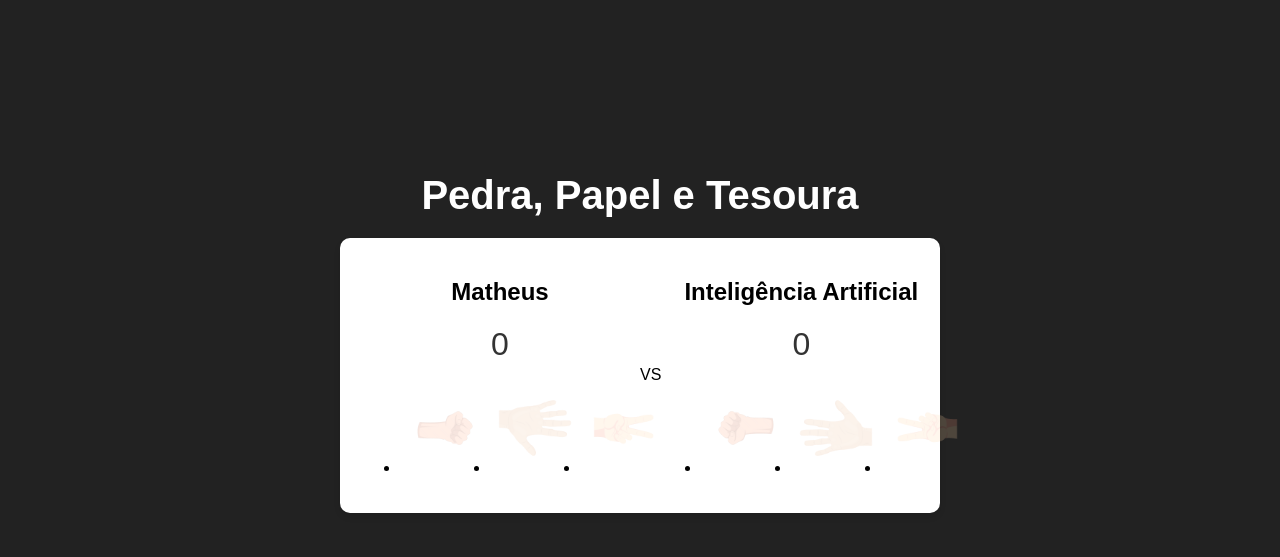
Repository: Matheus904-12/Pedra-Papel
Page: index.html
These files come from the project's save history. The page is drawn as it stood at one moment and after the next save; the edit follows.
The browser window is 1280 px wide. The pictures show the whole page.

Above is the page before, as saved 2023-08-28 21:45:04.

### index.html
<!DOCTYPE html>
<html lang="en">
<head>
    <meta charset="UTF-8">
    <meta name="viewport" content="width=device-width, initial-scale=1.0">
    <title>Pedra, Papel e Tesoura</title>
    <link rel="stylesheet" href="style.css">
    <script src="script.js"></script>
</head>
<body>
    <div class="box">
        <div class="container">
            <h1 id="titulo">Pedra, Papel e Tesoura</h1>
            <div class="placar" id="placar">
                <div class="jogador">
                    <h2 id="jogadorNome">Matheus</h2>
                    <p id="jogadorPontos">0</p>
                    <ul class="escolhas" id="jogadorEscolha">
                        <li>
                            <a id="jogadorEscolha1" class="escolha" onclick="jogar(1)">
                                <img src="img/1-removebg-preview.png" alt="">
                            </a>
                        </li>
                        <li>
                            <a id="jogadorEscolha2" class="escolha" onclick="jogar(2)">
                                <img src="img/2-removebg-preview.png" alt="">
                            </a>
                        </li>
                        <li>
                            <a id="jogadorEscolha3" class="escolha" onclick="jogar(3)">
                                <img src="img/3-removebg-preview.png" alt="">
                            </a>
                        </li>
                    </ul>
                </div>
                <div id="versus">VS</div>
                <div class="computador">
                    <h2 id="computadorNome">Inteligência Artificial</h2>
                    <p id="computadorPontos">0</p>
                    <ul class="escolhas" id="computadorEscolha">
                        <li>
                            <a id="computadorEscolha1" class="escolha">
                                <img src="img2/1.png" alt="">
                            </a>
                        </li>
                        <li>
                            <a id="computadorEscolha2" class="escolha">
                                <img src="img2/2.png" alt="">
                            </a>
                        </li>
                        <li>
                            <a id="computadorEscolha3" class="escolha">
                                <img src="img2/3.png" alt="">
                            </a>
                        </li>
                    </ul>
                </div>
            </div>
            <div class="mensagem"><p id="mensagem" class="result-message">&nbsp;</p>
    </div>
</body>
</html>

### style.css
ul#jogadorEscolha li a,
ul#computadorEscolha li a{
    opacity: 0.2;
    transition: ease-in-out 0.3s;
}
ul#jogadorEscolha li a:hover,
ul#jogadorEscolha li a.selecionado,
ul#computadorEscolha li a.selecionado {
    opacity: 1;
}

/* Estilos gerais */
body {
    font-family: 'Arial', sans-serif;
    background-color: #222;
    margin: 0;
    padding: 0;
    transition: background-color 0.5s ease;
}

/* Estilo do container principal */
.box {
    display: flex;
    align-items: center;
    justify-content: center;
    min-height: 100vh;
    transition: background-color 0.5s ease;
}

.container {
    width: 100%;
    max-width: 600px;
    text-align: center;
}

/* Estilo do título */
#titulo {
    font-size: 2.5rem;
    color: #fff;
    margin-bottom: 20px;
}

/* Estilo do placar */
.placar {
    display: flex;
    align-items: center;
    justify-content: space-between;
    padding: 20px;
    background-color: #fff;
    border-radius: 10px;
    box-shadow: 0 4px 6px rgba(0, 0, 0, 0.1);
}

.jogador,
.computador {
    width: 50%;
}

.jogador p,
.computador p {
    font-size: 2rem;
    color: #333;
    margin: 0;
}

.escolhas {
    display: flex;
    justify-content: space-around;
    margin-top: 20px;
}

.escolhas img {
    max-width: 90px;
    cursor: pointer;
    transition: transform 0.3s ease;
}

.escolhas img:hover {
    transform: scale(1.1);
}

/* Estilo do resultado/mensagem */
.result-message {
    font-size: 1.2rem;
    margin-top: 20px;
    color: #fff;
}

.result-message.vitoria {
    color: #4CAF50;
}

.result-message.derrota {
    color: #FF5733;
}

.result-message.empate {
    color: #FFC300;
}

/* Estilo do botão reiniciar */
.reiniciar-jogo {
    background-color: #3498db;
    border: none;
    color: white;
    padding: 10px 20px;
    text-align: center;
    text-decoration: none;
    display: inline-block;
    font-size: 16px;
    border-radius: 5px;
    cursor: pointer;
    transition: background-color 0.3s ease;
}

.reiniciar-jogo:hover {
    background-color: #2980b9;
}

/* Estilo do histórico */
.historico {
    text-align: center;
    margin-top: 20px;
}

.historico-toggle {
    background-color: #333;
    border: none;
    color: white;
    padding: 5px 10px;
    font-size: 14px;
    border-radius: 5px;
    cursor: pointer;
    transition: background-color 0.3s ease;
}

.historico-toggle:hover {
    background-color: #222;
}

.historico-list {
    list-style: none;
    padding: 0;
    display: none;
    text-align: left;
}

.historico-list li {
    font-size: 14px;
    margin-bottom: 5px;
    color: #fff;
}

### script.js
let jogadorEscolha = 0;
let jogadorPontos = 0;
let computadorEscolha = 0;
let computadorPontos = 0;
let ganhador = -1;
let historico = [];

function jogar(escolha){
    jogadorEscolha = escolha;
    computadorEscolha = Math.floor(Math.random() * 3) + 1;


/*PEDRA = 1
  PAPEL = 2
  TESOURA = 3
*/

if (jogadorEscolha == 1 && computadorEscolha == 1) {
    ganhador = 0;
    //*PEDRA = PEDRA*//
} else if (jogadorEscolha == 1 && computadorEscolha == 2) {
    ganhador = 2;
    //PEDRA E PAPEL = PAPEL//
} else if (jogadorEscolha == 1 && computadorEscolha == 3) {
    ganhador = 1;
    //PEDRA E TESOURA = PEDRA//
} else if (jogadorEscolha == 2 && computadorEscolha == 1) {
    ganhador = 1;
    //PAPEL E PEDRA = PEDRA
} else if (jogadorEscolha == 2 && computadorEscolha == 2) {
    ganhador =  0;
    //PAPEL E PAPEL = NADA
} else if (jogadorEscolha == 2 && computadorEscolha == 3) {
    ganhador = 2;
    //PAPEL E TESOURA = TESOURA
} else if (jogadorEscolha == 3 && computadorEscolha == 1) {
    ganhador = 2;
    //TESOURA E PEDRA = PEDRA
} else if (jogadorEscolha == 3 && computadorEscolha == 2) {
    ganhador = 1;
    //TESOURA E PAPEL = TESOURA
} else if (jogadorEscolha == 3 && computadorEscolha == 3) {
    ganhador = 0;
    //TESOURA E TESOURA = EMPATE
}


document.getElementById('jogadorEscolha1').classList.remove('selecionado');
document.getElementById('jogadorEscolha2').classList.remove('selecionado');
document.getElementById('jogadorEscolha3').classList.remove('selecionado');
document.getElementById('computadorEscolha1').classList.remove('selecionado');
document.getElementById('computadorEscolha2').classList.remove('selecionado');
document.getElementById('computadorEscolha3').classList.remove('selecionado');



document.getElementById('jogadorEscolha'+jogadorEscolha).classList.add('selecionado');
document.getElementById('computadorEscolha'+computadorEscolha).classList.add('selecionado');


/*
EMPATE = 0;
JOGADOR = 1;
COMPUTADOR = 2;
*/


// Atualizar placar
if (ganhador === 1) {
    jogadorPontos++;
} else if (ganhador === 2) {
    computadorPontos++;
}

document.getElementById('jogadorPontos').textContent = jogadorPontos;
document.getElementById('computadorPontos').textContent = computadorPontos;


// Mensagem do resultado
let mensagem = '';
if (ganhador === 1) {
    mensagem = 'Você venceu!';
} else if (ganhador === 2) {
    mensagem = 'Você perdeu!';
} else {
    mensagem = 'Empate!';
}

// Adicionar ao histórico
historico.push({
    jogador: jogadorEscolha,
    computador: computadorEscolha,
    resultado: ganhador
});

// Atualizar elementos na página
document.getElementById('jogadorPontos').textContent = jogadorPontos;
document.getElementById('computadorPontos').textContent = computadorPontos;
document.querySelector('.result-message').textContent = mensagem;
document.querySelector('.result-message').className = `result-message ${ganhadorClass}`;

// Exibir histórico
mostrarHistorico();

// Adicionar classe de estilo à mensagem
let mensagemElement = document.getElementById('mensagem');
mensagemElement.classList.remove('vitoria', 'derrota', 'empate');
if (ganhador === 1) {
    mensagemElement.classList.add('vitoria');
} else if (ganhador === 2) {
    mensagemElement.classList.add('derrota');
} else {
    mensagemElement.classList.add('empate');
}
}

function mostrarHistorico() {
let historicoList = document.getElementById('historico-list');
historicoList.innerHTML = '';

for (let i = 0; i < historico.length; i++) {
    let item = historico[i];
    let resultado = '';
    if (item.resultado === 1) {
        resultado = 'Vitória';
    } else if (item.resultado === 2) {
        resultado = 'Derrota';
    } else {
        resultado = 'Empate';
    }

    let listItem = document.createElement('li');
    listItem.textContent = `Jogador: ${item.jogador} | Computador: ${item.computador} | Resultado: ${resultado}`;
    historicoList.appendChild(listItem);
}


document.getElementById('historico-toggle').addEventListener('click', function() {
    const historicoList = document.querySelector('.historico-list');
    historicoList.style.display = historicoList.style.display === 'none' ? 'block' : 'none';
    this.textContent = historicoList.style.display === 'none' ? 'Ver Histórico' : 'Esconder Histórico';
});

// Mensagem do resultado
let mensagem = '';
if (ganhador === 1) {
    mensagem = 'Você venceu!';
} else if (ganhador === 2) {
    mensagem = 'Você perdeu!';
} else {
    mensagem = 'Empate!';
}

// Adicionar ao histórico
historico.push({
    jogador: jogadorEscolha,
    computador: computadorEscolha,
    resultado: ganhador
});


// Atualizar elementos na página
document.getElementById('jogadorPontos').textContent = jogadorPontos;
document.getElementById('computadorPontos').textContent = computadorPontos;
document.querySelector('.result-message').textContent = mensagem;
document.querySelector('.result-message').className = `result-message ${ganhadorClass}`;


 // Adicionar classe de estilo à mensagem
let mensagemElement = document.querySelector('.mensagem');
mensagemElement.classList.remove('vitoria', 'derrota', 'empate');
if (ganhador === 1) {
    mensagemElement.classList.add('vitoria');
} else if (ganhador === 2) {
    mensagemElement.classList.add('derrota');
} else {
    mensagemElement.classList.add('empate');
}

// Atualizar estilo da página com base no resultado
document.querySelector('.box').className = `box ${ganhadorClass}`;




// Atualizar cor de fundo com base no resultado
if (ganhador === 1) {
    document.body.style.backgroundColor = '#4CAF50'; // Verde
} else if (ganhador === 2) {
    document.body.style.backgroundColor = '#FF5733'; // Vermelho
} else {
    document.body.style.backgroundColor = '#FFC300'; // Amarelo
}


// Selecionar escolha do jogador
document.getElementById(`jogadorEscolha${jogadorEscolha}`).classList.add('selecionado');


// Atualizar escolhas do jogador
document.getElementById(`jogadorEscolha${jogadorEscolha}`).classList.add('selecionado');
document.getElementById(`computadorEscolha${computadorEscolha}`).classList.add('selecionado');

// Atualizar estilo da página com base no resultado
document.querySelector('.box').className = `box ${ganhadorClass}`;

// Função para reiniciar o jogo
function reiniciarJogo() {
    jogadorPontos = 0;
    computadorPontos = 0;
    historico = [];
    limparEscolhas();
    atualizarPlacar();
    limparMensagem();
    mostrarHistorico();
    resetarEstiloPagina();
}

// Limpar escolhas selecionadas
function limparEscolhas() {
    document.querySelectorAll('.escolha').forEach(element => {
        element.classList.remove('selecionado');
    });
}

// Atualizar placar
function atualizarPlacar() {
    document.getElementById('jogadorPontos').textContent = jogadorPontos;
    document.getElementById('computadorPontos').textContent = computadorPontos;
}

// Limpar mensagem do resultado
function limparMensagem() {
    document.querySelector('.result-message').textContent = '';
    document.querySelector('.mensagem').className = 'mensagem';
}

// Resetar estilo da página
function resetarEstiloPagina() {
    document.querySelector('.box').className = 'box';
}

// Botão de reiniciar o jogo
document.getElementById('reiniciar-jogo').addEventListener('click', function() {
    reiniciarJogo();
});


// Função para reiniciar o jogo
function reiniciarJogo() {
    jogadorPontos = 0;
    computadorPontos = 0;
    historico = [];
    limparEscolhas();
    atualizarPlacar();
    limparMensagem();
    mostrarHistorico();
    resetarEstiloPagina();
}

// Limpar escolhas selecionadas
function limparEscolhas() {
    document.querySelectorAll('.escolha').forEach(element => {
        element.classList.remove('selecionado');
    });
}

// Atualizar placar
function atualizarPlacar() {
    document.getElementById('jogadorPontos').textContent = jogadorPontos;
    document.getElementById('computadorPontos').textContent = computadorPontos;
}

// Limpar mensagem do resultado
function limparMensagem() {
    document.querySelector('.result-message').textContent = '';
    document.querySelector('.mensagem').className = 'mensagem';
}

// Resetar estilo da página
function resetarEstiloPagina() {
    document.querySelector('.box').className = 'box';
}

// Botão de reiniciar o jogo
document.getElementById('reiniciar-jogo').addEventListener('click', function() {
    reiniciarJogo();
});


}

After the next save:
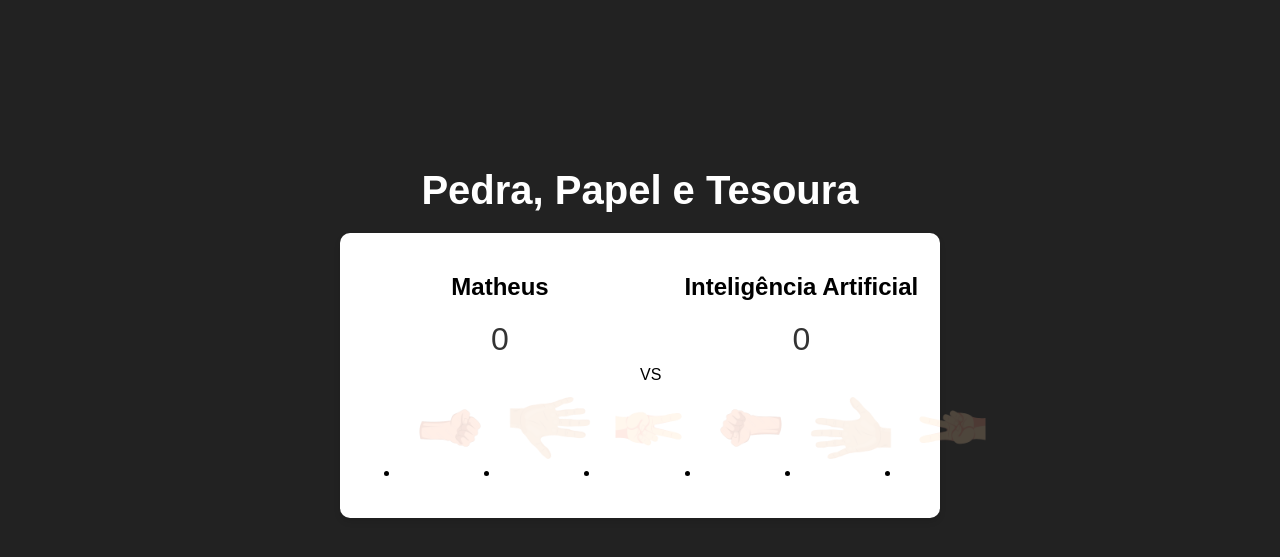
Saved 6 s later.
--- a/style.css
+++ b/style.css
@@ -70,7 +70,7 @@ body {
 }
 
 .escolhas img {
-    max-width: 90px;
+    max-width: 100px;
     cursor: pointer;
     transition: transform 0.3s ease;
 }
